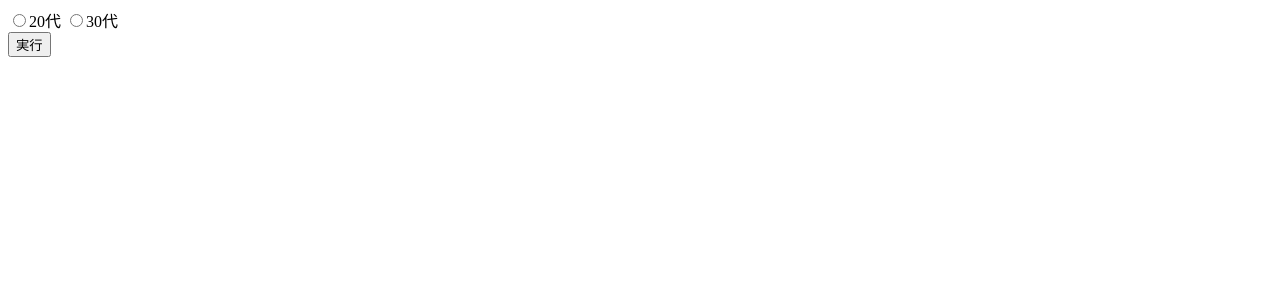
Repository: hikidayuki/samurai_HTML-CSS
Page: garvvage.html
The author's editor kept a record of every edit. The page is drawn from the files as they stood at one moment, then again after the next edit.
The browser window is 1280 px wide. The pictures show the whole page.

Above is the page before.

After the next edit:
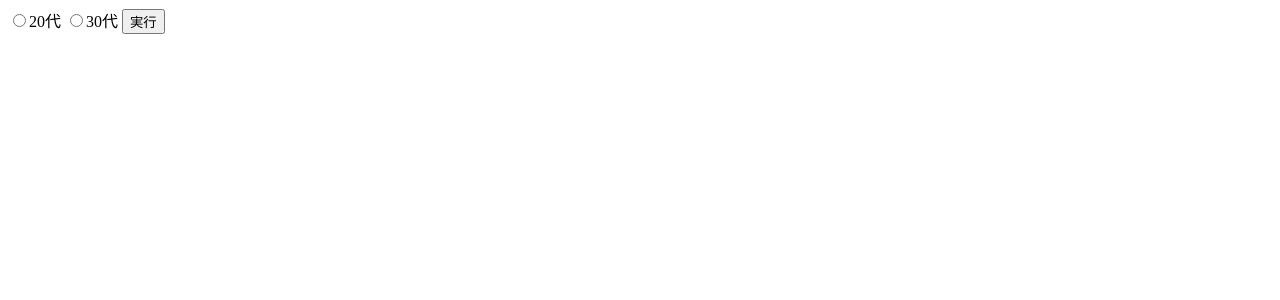
The edit:
--- a/garvvage.html
+++ b/garvvage.html
@@ -6,6 +6,7 @@
 </head>
 <body>
     <form id ="form1">
+    <div>
     <list><input type ="radio" name ="age"　value ="20">20代</list>
     <list><input type ="radio" name ="age" value = "30">30代</list>
     </form>

After the edit that followed:
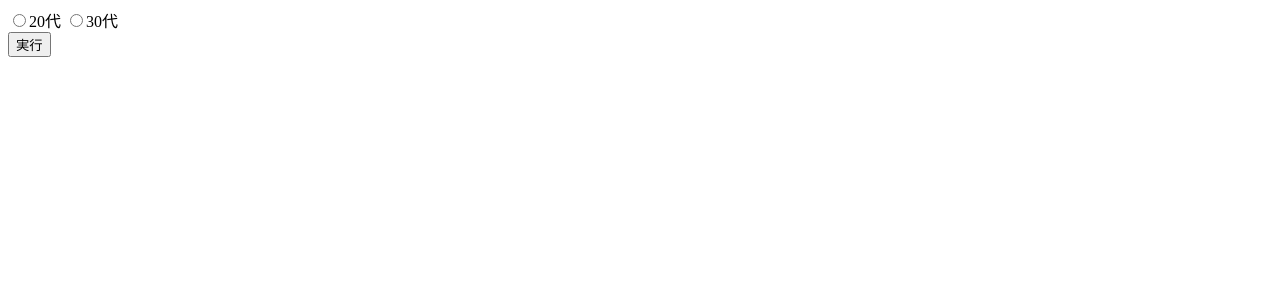
The edit:
--- a/garvvage.html
+++ b/garvvage.html
@@ -9,6 +9,7 @@
     <div>
     <list><input type ="radio" name ="age"　value ="20">20代</list>
     <list><input type ="radio" name ="age" value = "30">30代</list>
+    </div>
     </form>
     <button id = btn>実行</button>
     <script>
